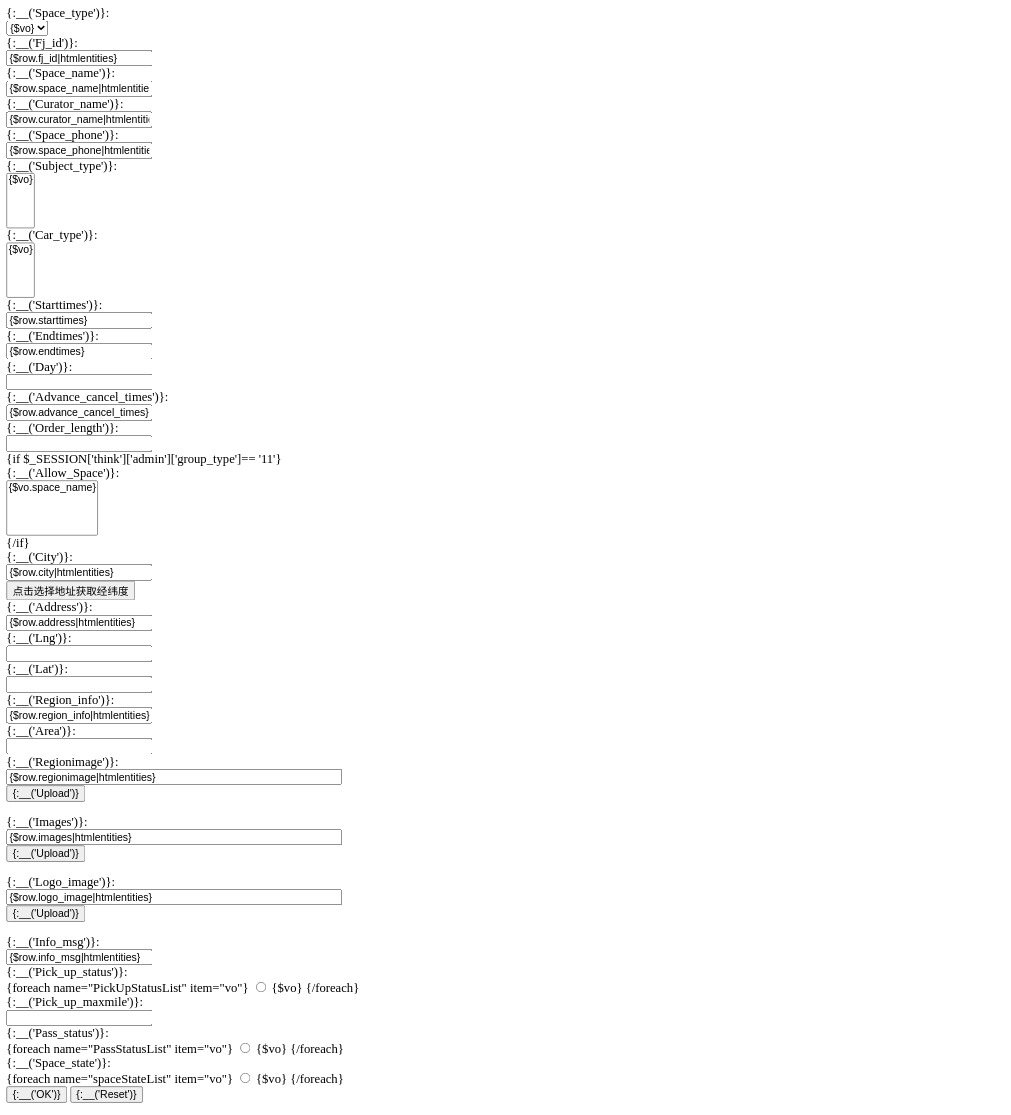
Repository: Akarin-Akari/xiaomaguantest
Page: application/admin/view/spaceconfig/space/edit.html
The author's editor kept a copy of each file at every save. The page is drawn from the files as they stood at one save, then again after a run of saves.
The browser window is 1280 px wide. The pictures show the whole page, at 79% of full size.

Above is the page before, as saved 2024-01-24 19:42:19.

After the next 2 saves:
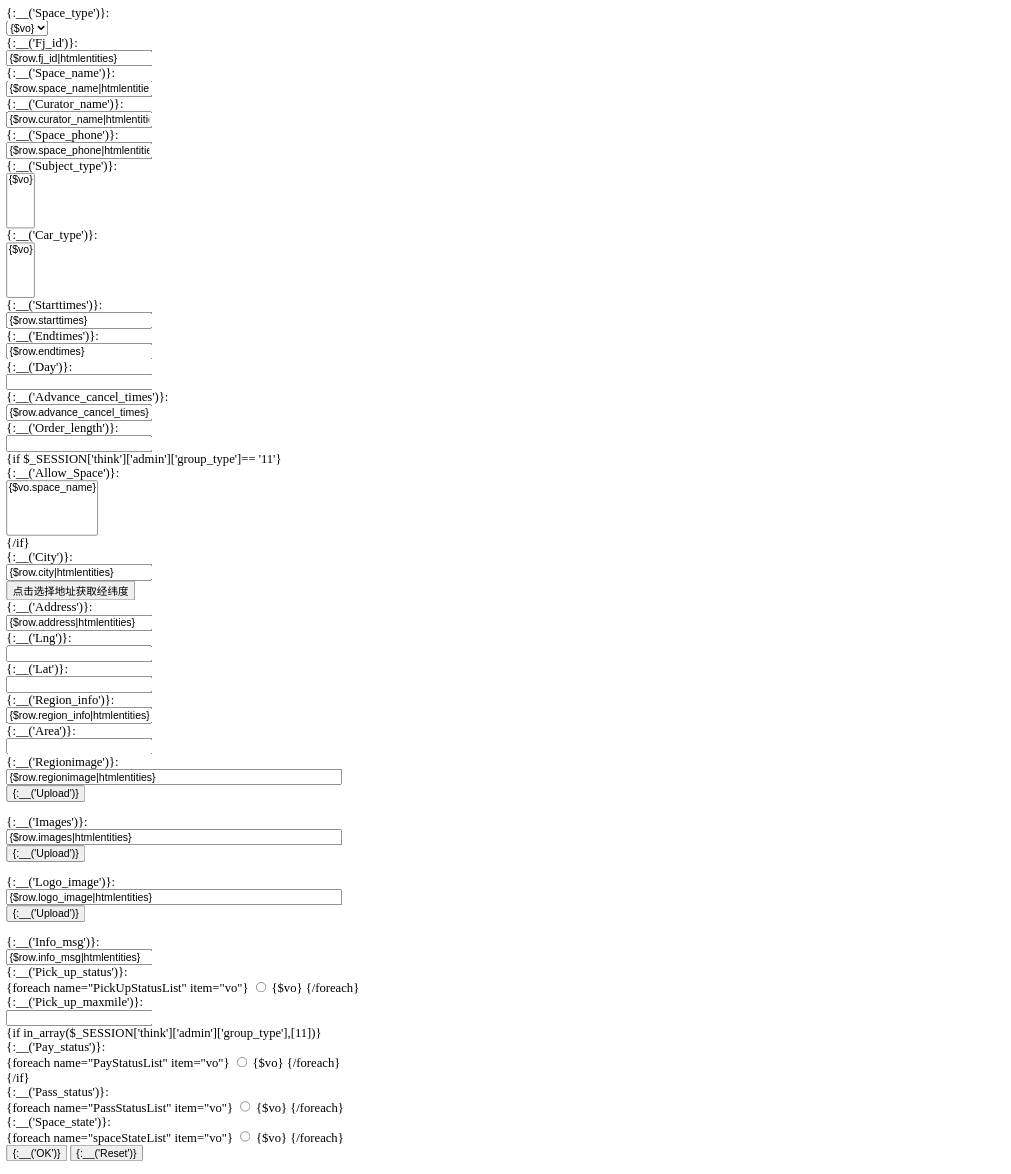
The 2 saves are shown as one change because they came seconds apart.
The last was saved 34 s later.
--- a/application/admin/view/spaceconfig/space/edit.html
+++ b/application/admin/view/spaceconfig/space/edit.html
@@ -259,6 +259,19 @@
         </div>
     </div>
 
+    {if in_array($_SESSION['think']['admin']['group_type'],[11])}
+    <div class="form-group">
+        <label class="control-label col-xs-12 col-sm-2">{:__('Pay_status')}:</label>
+        <div class="col-xs-12 col-sm-8">
+
+            <div class="radio">
+            {foreach name="PayStatusList" item="vo"}
+            <label for="row[pay_status]-{$key}"><input id="row[pay_status]-{$key}" name="row[pay_status]" type="radio" value="{$key}" {in name="key" value="$row.pay_status"}checked{/in} /> {$vo}</label>
+            {/foreach}
+            </div>
+        </div>
+    </div>
+    {/if}
 
     <div class="form-group">
         <label class="control-label col-xs-12 col-sm-2">{:__('Pass_status')}:</label>
